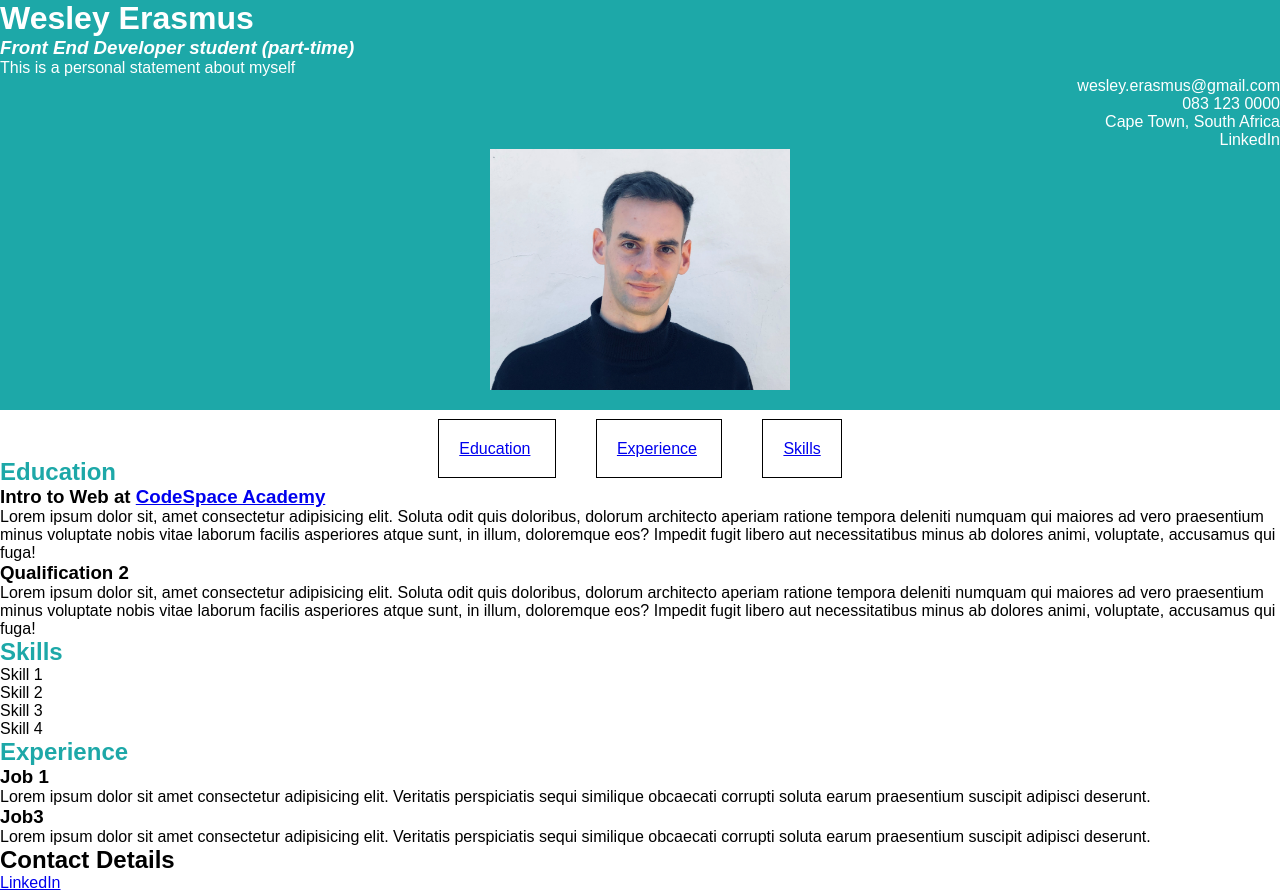
Repository: WesleyErasmus/myDigitalResume
Page: Resume-Projec-3/index.html
An editor plug-in stored every save of this project. The page is shown before and after the next save, followed by the edit.
The browser window is 1280 px wide. The pictures show the whole page.

Above is the page before, as saved 2022-02-12 11:27:51.

After the next save:
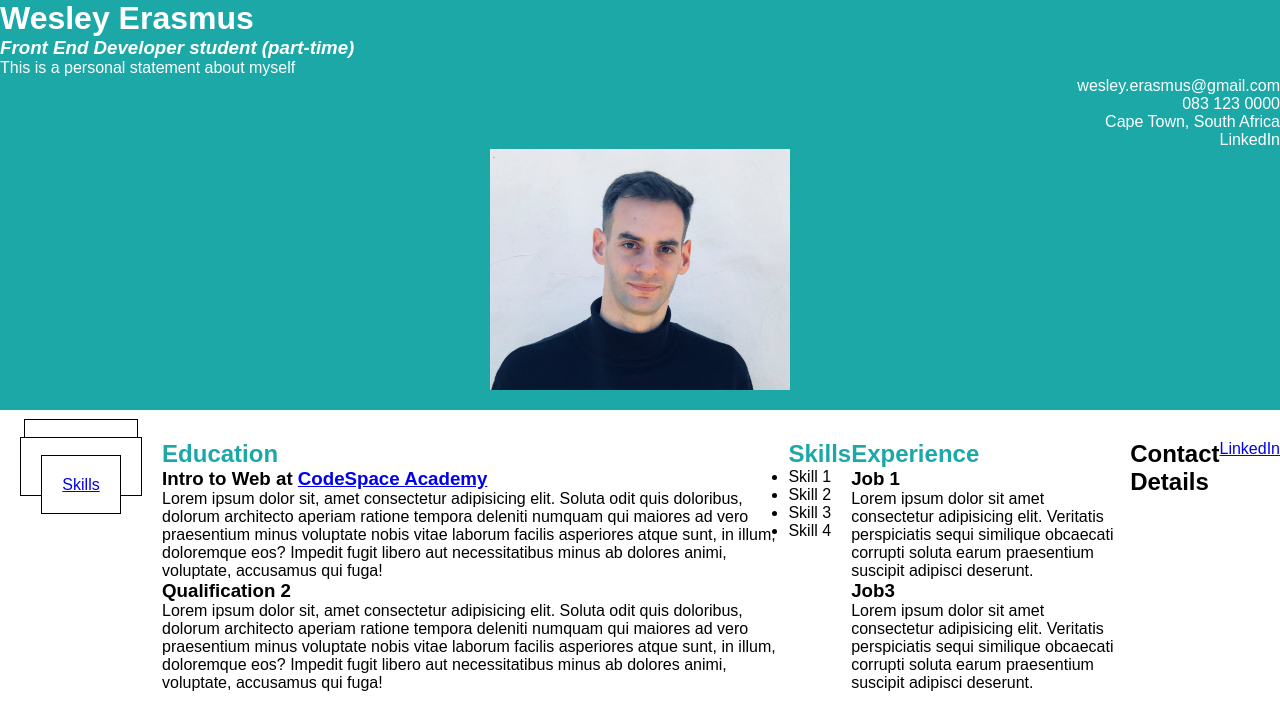
Saved 12 s later.
--- a/Resume-Projec-3/styles.css
+++ b/Resume-Projec-3/styles.css
@@ -30,6 +30,9 @@ img {
     text-align: center;
 }
 
+main {
+    display: flex;
+}
 .education {
 
 }
